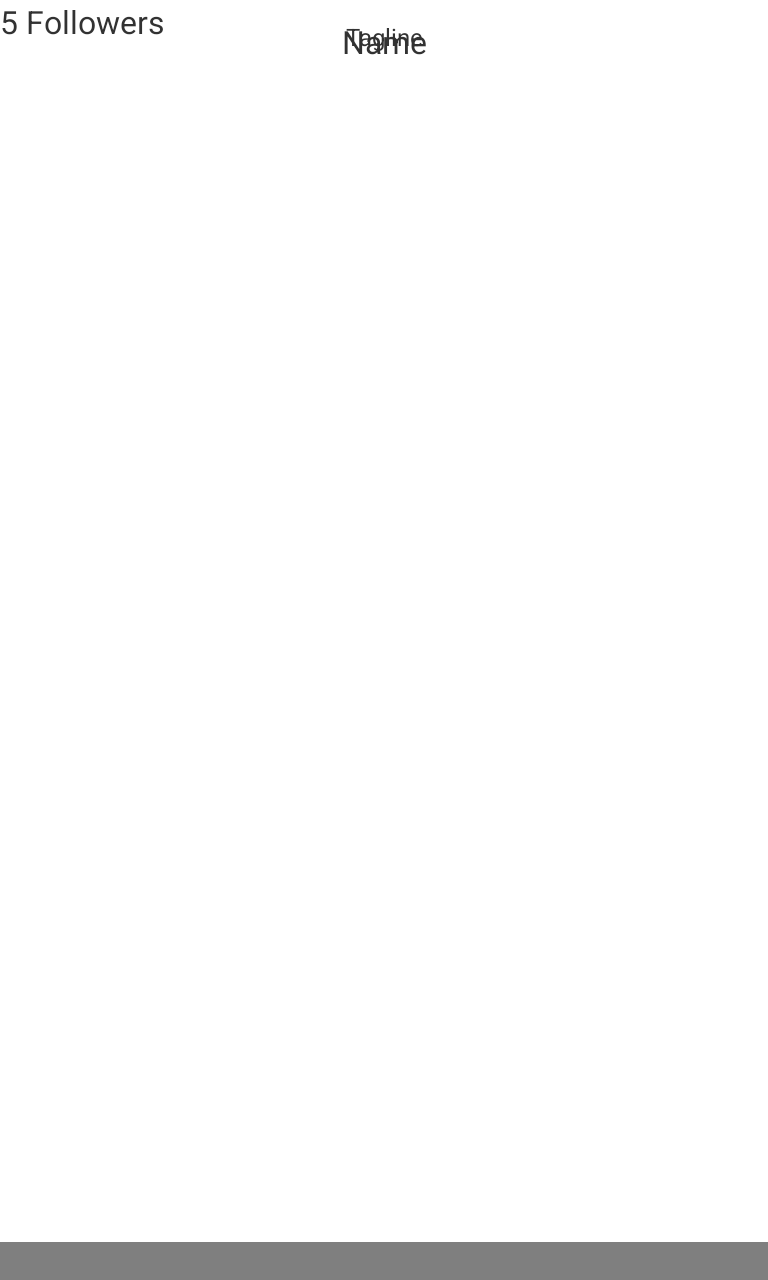
Repository: patilsnehal/AndroidBootCampProjects
Layout: TwitterClientApp/SimpleTwitterClient/res/layout/activity_profile.xml
An editor plug-in stored every save of this project. The layout is shown before and after the next save, followed by the edit.
Pictures or frames that could not be fetched are drawn as grey boxes. It is drawn on a 768 x 1280 px phone screen (xhdpi) without system bars, with theme AppTheme; the app's code is not run.

Above is the layout before, as saved 2014-09-28 23:03:39.

After the next save:
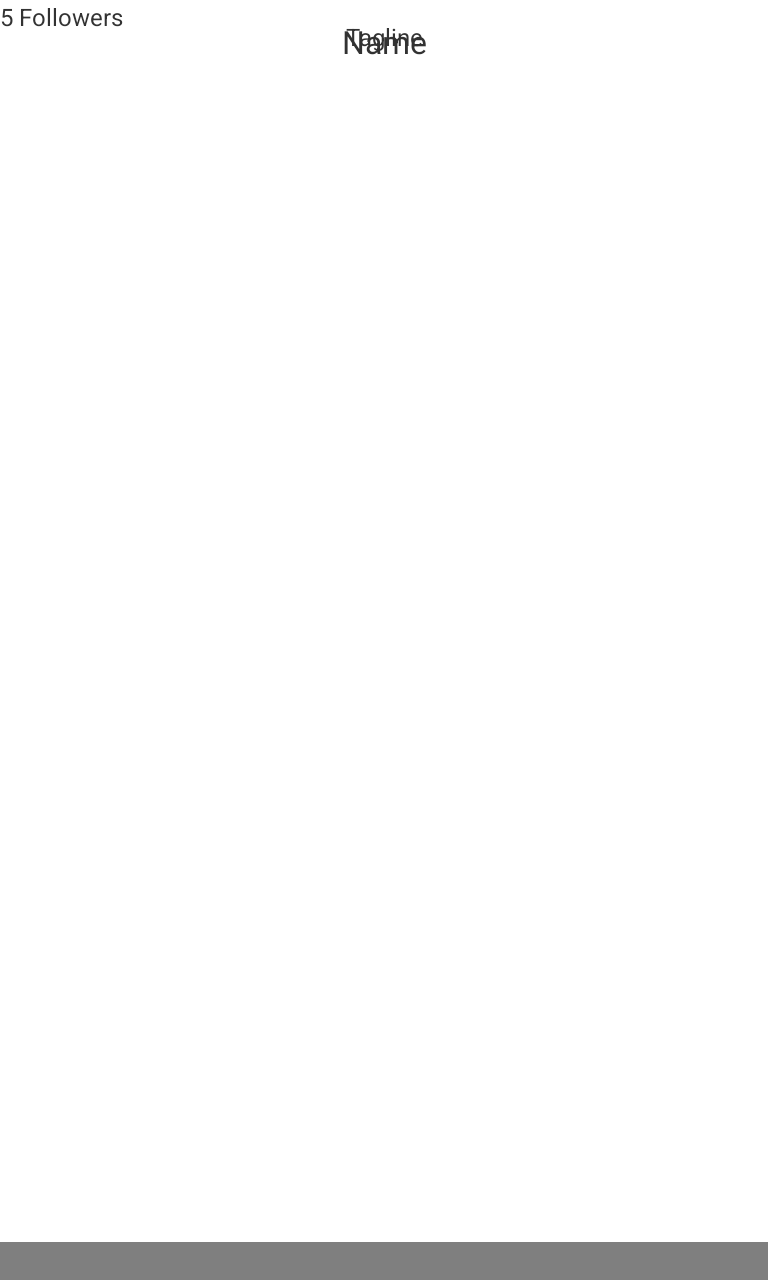
Saved 4 s later.
--- a/TwitterClientApp/SimpleTwitterClient/res/layout/activity_profile.xml
+++ b/TwitterClientApp/SimpleTwitterClient/res/layout/activity_profile.xml
@@ -54,14 +54,14 @@
             android:layout_width="match_parent"
             android:layout_height="wrap_content"
             android:text="5 Followers"
-            android:textSize="16sp" />
+            android:textSize="12sp" />
 
           <TextView
             android:id="@+id/tvFollowing"
             android:layout_width="match_parent"
             android:layout_height="wrap_content"
             android:text="10 following"
-            android:textSize="16sp" />
+            android:textSize="12sp" />
 
     </LinearLayout>
 
